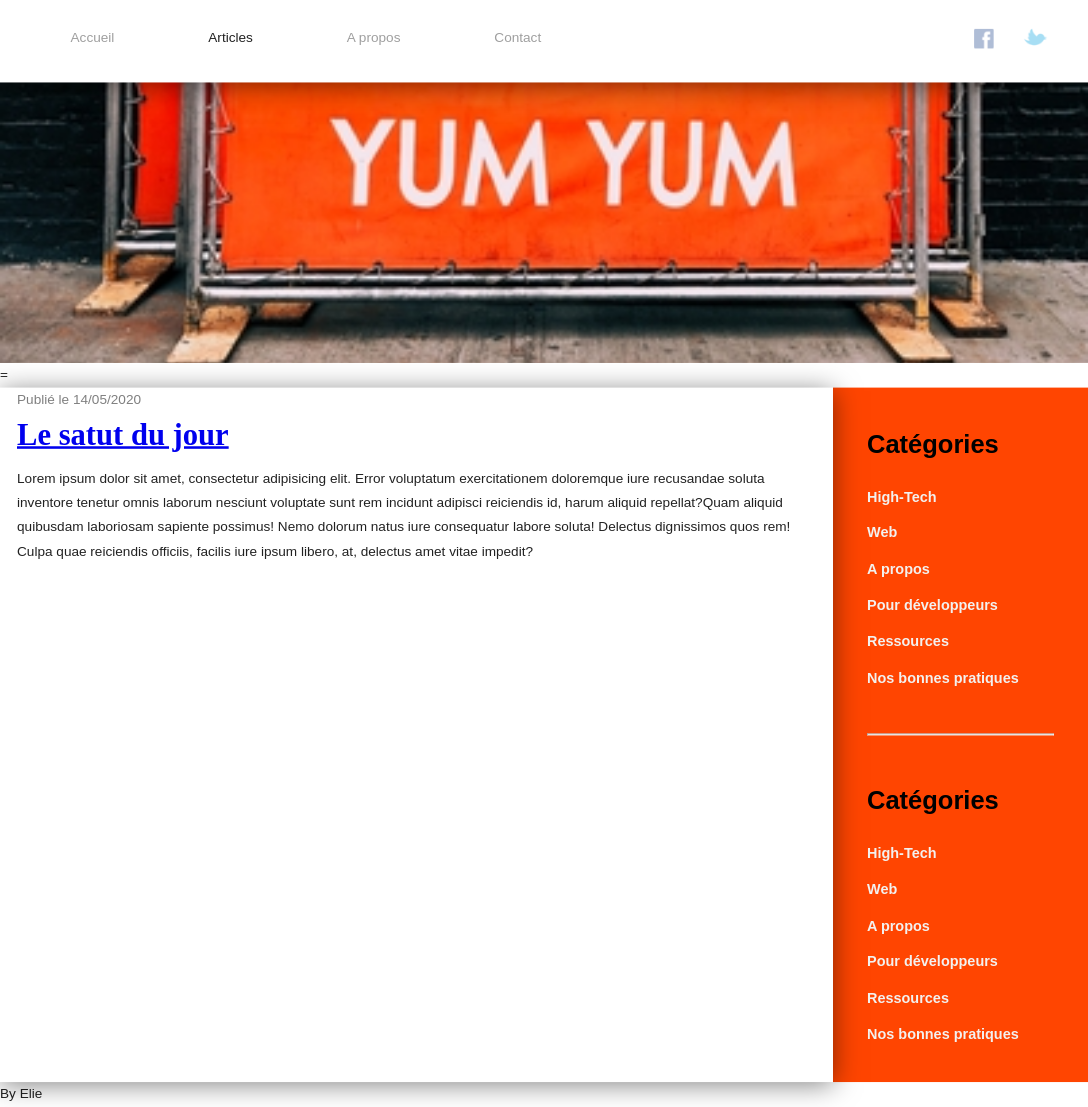
Repository: Elie-Dey/blog-train
Page: article.html
These files come from the project's save history. The page is drawn as it stood at one moment and after the next save; the edit follows.
The browser window is 1280 px wide. The pictures show the whole page, at 85% of full size.

Above is the page before, as saved 2020-06-17 23:10:54.

### article.html
<!DOCTYPE html>
<html lang="en">
<head>
    <meta charset="UTF-8">
    <meta name="viewport" content="width=device-width, initial-scale=1.0">
    <link rel="stylesheet" href="style.css">
    <title>Mon blog</title>
</head>
<body>
    <header class="topbar">
        <nav>
            <a href="index.html">Accueil</a>
            <a href="articles.html" class="active"> Articles</a>
            <a href="about.html">A propos</a>
            <a href="apropos.html">Contact</a>
        </nav>
        <div class="social">
            <a href="#"> <img src="images/fb.png" alt="Facebook"></a>
            <a href="#"> <img src="images/twitter.png" alt="Twitter"></a>
        </div>
    </header>
    <div class="banniere"></div>
   =<div class="body">
    <main class="main">
        <div class="container">

              <div class="article-date">Publié le 14/05/2020</div>
              <h2 class="article-title">  <a href="#">    Le satut du jour</a>  </h2>
              <p>
                  Lorem ipsum dolor sit amet, consectetur adipisicing elit. Error voluptatum exercitationem doloremque iure recusandae soluta inventore tenetur omnis laborum nesciunt voluptate sunt rem incidunt adipisci reiciendis id, harum aliquid repellat?Quam aliquid quibusdam laboriosam sapiente possimus! Nemo dolorum natus iure consequatur labore soluta!
                  Delectus dignissimos quos rem! Culpa quae reiciendis officiis, facilis iure ipsum libero, at, delectus amet vitae impedit?
              </p>
          </article>


        </div>
     </main>

    <aside class="sidebar">
        <h4 class="sidebar-title">Catégories</h4>
        <ul>
            <li><a href="#">High-Tech</a></li>
            <li><a href="#">Web</a></li>
            <li><a href="#">A propos</a></li>
            <li><a href="#">Pour développeurs </a></li>
            <li><a href="#">Ressources</a></li>
            <li><a href="#">Nos bonnes pratiques</a></li>
        </ul>
        <hr>
        <h4 class="sidebar-title">Catégories</h4>
        <ul>
            <li><a href="#">High-Tech</a></li>
            <li><a href="#">Web</a></li>
            <li><a href="#">A propos</a></li>
            <li><a href="#">Pour développeurs</a></li>
            <li><a href="#">Ressources</a></li>
            <li><a href="#">Nos bonnes pratiques</a></li>
        </ul>


    </aside>
</div>
    <footer class="footer">
        By Elie
    </footer>
</body>
</html>

### style.css
/*
* Prefixed by https://autoprefixer.github.io
* PostCSS: v7.0.29,
* Autoprefixer: v9.7.6
* Browsers: last 4 version,ie > 8
*/

*{
    -webkit-box-sizing: border-box;
            box-sizing: border-box;
}
body, html
{
    margin: 0;
    font-size: 16px;
    font-family: 'Montserrat Alternates', sans-serif;
    color: rgba(0, 0, 0, .87);
    line-height: 1.8;

}
.topbar{

    position: fixed;
    top: 0;
    right: 0;
    left: 0;
    width: 100%;
    background-color: white;
    padding: 30px ;
    z-index: 3;
    font-family: 'Montserrat Alternates', sans-serif;
    font-weight: 700;
    -webkit-box-shadow: 0 4px 30px rgba(0, 0, 0, .5);
            box-shadow: 0 4px 30px rgba(0, 0, 0, .5);

}
.topbar nav{
    float: left;

}
.topbar nav a {
    color: #9f9f9f;
    text-decoration: none;
    font-weight: 500;
    padding: 0 53px;
}

.topbar nav a:hover , .topbar nav a.active{
    color:  rgba(0, 0, 0, .87);
}

 .social {
    float: right;
}

.social a
{
    padding: 0 12px;
    opacity: .4;
}
.social a:hover
{
    opacity: 1;
}

.banniere {
    height: 427px;
    background: no-repeat center center / cover url("images/banniere.jpg");
}
.body
{
    display: -webkit-box;
    display: -ms-flexbox;
    display: flex;
}
.main
{

    width: calc(100% - 300px);
    background: white;
    -webkit-box-shadow: 0 4px 30px rgba(0, 0, 0, .5);
            box-shadow: 0 4px 30px rgba(0, 0, 0, .5);
    position: relative;
    z-index: 2;


}
.sidebar
{

    background:rgb(255, 69, 1);
    width: 300px;
    padding: 40px;
    font-size: 17px;
    font-weight: 700;
    position: relative;
    z-index: 1;
}
.sidebar-title
{
    font-size: 30px;
    color: black;
    margin: 20px 0;
}
.sidebar a
{
    text-decoration: none;
    color: rgb(243, 241, 239);

}
.sidebar ul
{
    margin: 0;
    padding: 0;
    list-style: none;

}
.sidebar li
{
    padding: 6px 0;
}
.sidebar li:first-child
{
    padding-top: 0;
}

.sidebar li:last-child
{
    padding-bottom: 0;
}
.sidebar a:hover
{
    text-decoration: underline;
}

.sidebar hr
{
    border-color:none;
    background: white;
    height: 1px;
    margin: 50px 0;


}

.sidebar-title:first-child
{
    margin-top: 0;
}


.article
{
    position: relative;
    overflow: hidden;
    margin: 50px 0;
    padding-left: 225px;
    min-height: 225px;

}
.article p
{
    font-family: 'Montserrat Alternates', sans-serif;
    font-weight: 500;
}
.article p::first-letter
{
    font-size: 2em;
    font-weight: bold;
}
.container
{
    max-width: 940px;
    margin: 0 auto;
}
.article a
{
    color: inherit;
    text-decoration: none;
}
.article a:hover
{
    text-decoration: underline;
}
.article-img
{
    position: absolute;
    left: 0;
    top: 0;
    width: 200px;
    margin-right: 25px;
}
.article-title
 {
    font-size: 2.25rem;
    line-height: 1.2;
    font-family: "Cardo", serif;
    margin: 0 0 15px 0;
 }
.article-date
{
    font-weight: 300;
    color: rgba(0, 0, 0, .5);
    margin-bottom: 5px;
}
.article-img img
{
    width: 100%;
    height: auto;
}
.footer
{
    clear: both;
}

After the next save:
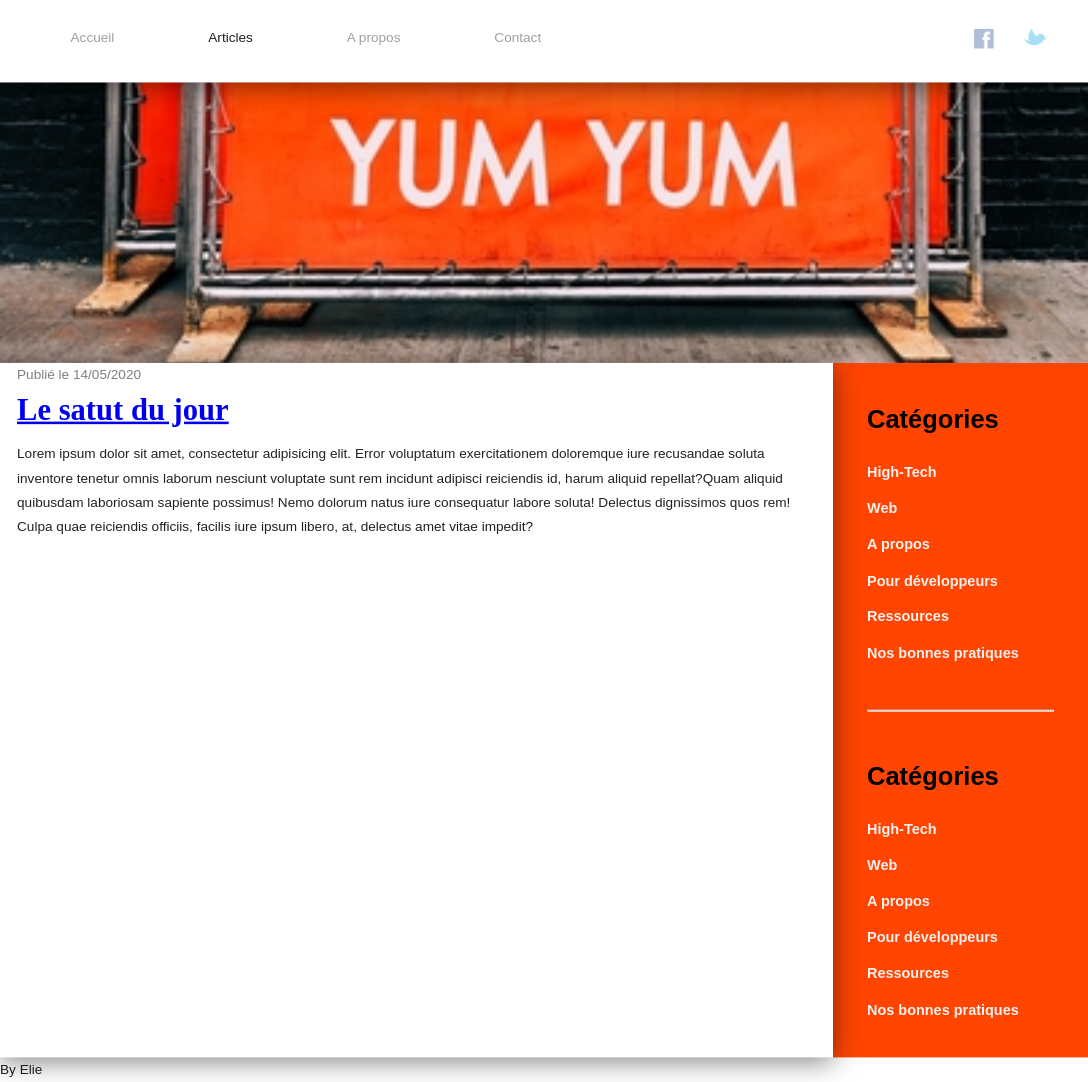
Saved 43 s later.
--- a/article.html
+++ b/article.html
@@ -20,7 +20,7 @@
         </div>
     </header>
     <div class="banniere"></div>
-   =<div class="body">
+   <div class="body">
     <main class="main">
         <div class="container">
 
